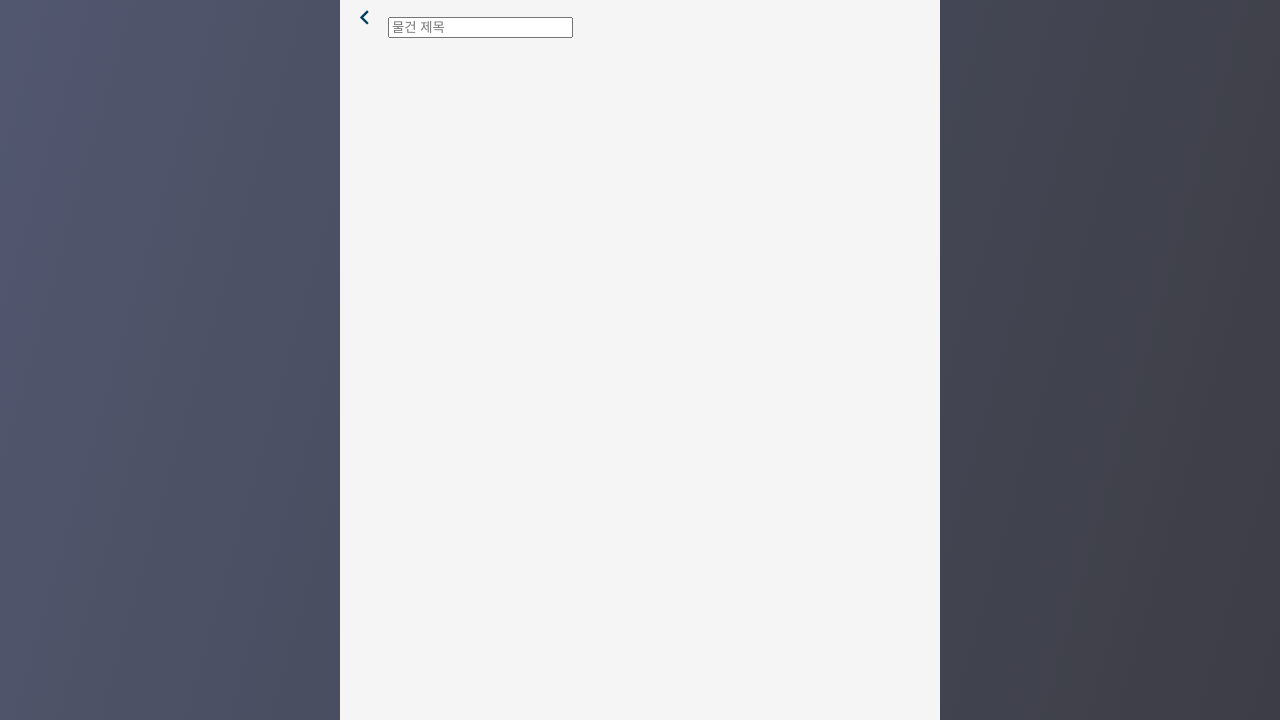
Repository: SeungYn/hanium
Page: /trade/search
These files come from the project's save history. The page is drawn as it stood at one moment and after the next save; the edit follows.
The browser window is 1280 px wide. The pictures show the whole page.
The project was rebuilt for these pictures with package versions that can differ from the ones it lists, and the page was loaded fresh each time. Also part of the build but not shown: src/App.css, src/components/Chat/ChatHeader/ChatHeader.module.css, src/components/Chat/ChatHeader/ChatHeader.jsx, src/components/Chat/ChatPeoples/ChatPeoples.jsx, src/components/Chat/ChatSideBar/ChatSideBar.module.css, src/components/Chat/ChatSideBar/ChatSideBar.jsx, src/components/ReadPopup/ReadPopup.module.css, src/components/ReadPopup/ReadPopup.jsx and 39 more.

Above is the page before, as saved 2022-11-21 17:45:10.

After the next save:
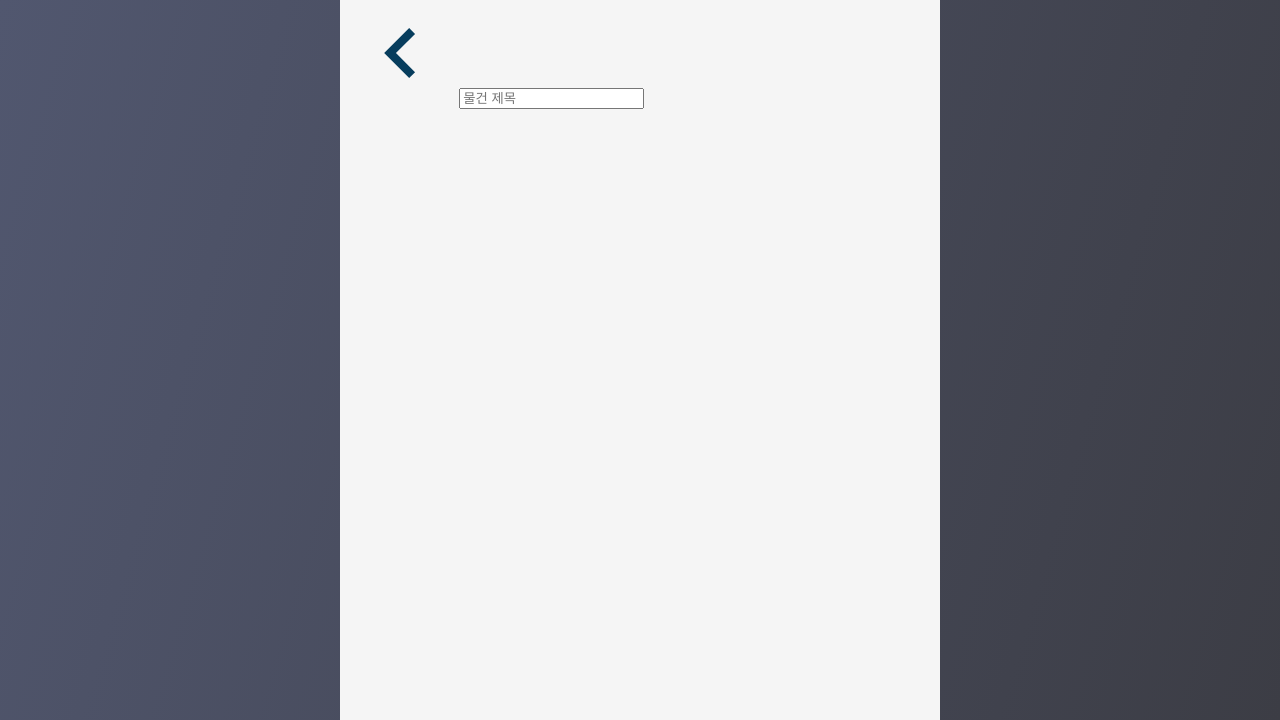
Saved 89 s later.
--- a/src/components/common/IconBtn/IconBtn.module.css
+++ b/src/components/common/IconBtn/IconBtn.module.css
@@ -15,6 +15,6 @@
 }
 
 .icon {
-  font-size: var(--font-size-very-large);
+  font-size: 100px;
   font-weight: 600;
 }

After the save that followed:
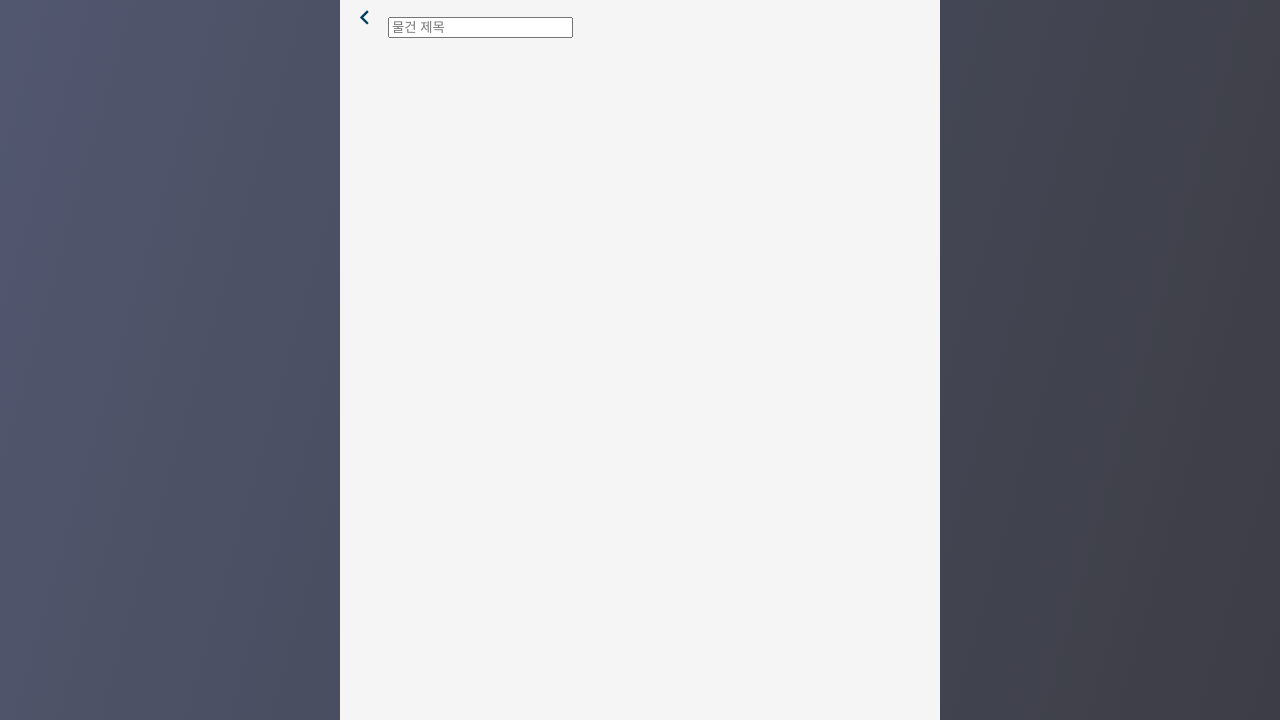
Saved 8 s later.
--- a/src/components/common/IconBtn/IconBtn.module.css
+++ b/src/components/common/IconBtn/IconBtn.module.css
@@ -15,6 +15,6 @@
 }
 
 .icon {
-  font-size: 100px;
+  font-size: var(--font-size-very-large);
   font-weight: 600;
 }
